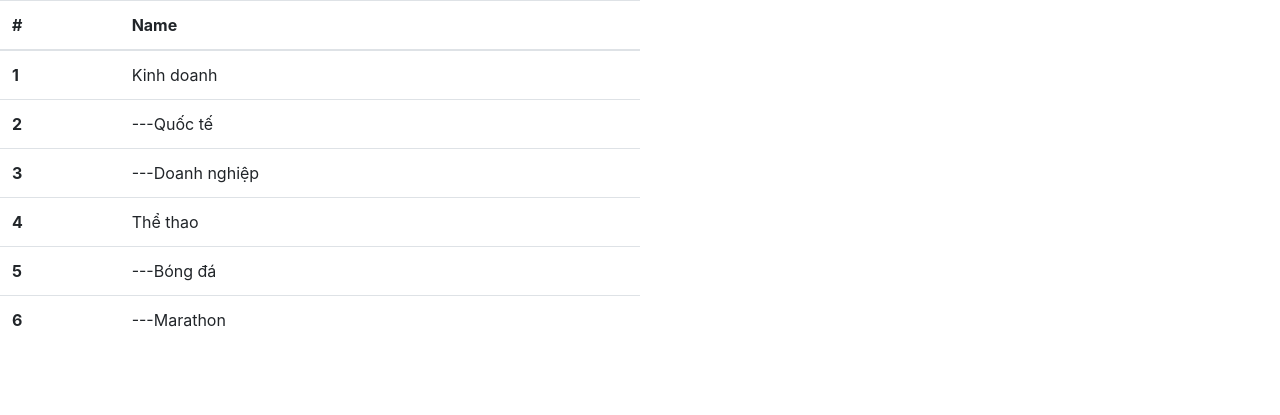
Repository: anhtu2110/backend
Page: http://localhost/backend/section-30_part_2/index.php
An editor plug-in stored every save of this project. The page is shown before and after the next save, followed by the edit.
The browser window is 1280 px wide. The pictures show the whole page.
The page is run by PHP 8.4 with error messages shown; the project is at /var/www/html/.

Above is the page before, as saved 2022-12-06 16:30:38.

### section-30_part_2/index.php
<?php
// --Danh mục tin tức
// --Danh mục sản phẩm
// --Menu
$data = array(
    1 => array(
        'id' => 1,
        'name' => 'Kinh doanh',
        'parent_id' => 0,
    ),
    2 => array(
        'id' => 2,
        'name' => 'Thể thao',
        'parent_id' => 0,
    ),
    3 => array(
        'id' => 3,
        'name' => 'Quốc tế',
        'parent_id' => 1,
    ),
    4 => array(
        'id' => 4,
        'name' => 'Doanh nghiệp',
        'parent_id' => 1,
    ),
    5 => array(
        'id' => 5,
        'name' => 'Bóng đá',
        'parent_id' => 2,
    ),
    6 => array(
        'id' => 6,
        'name' => 'Marathon',
        'parent_id' => 2,
    ),
);
// $result = array(
//     1 => array(
//         'id' => 1,
//         'name' => 'Kinh doanh',
//         'parent_id' => 0,
//     ),
//     3 => array(
//         'id' => 3,
//         'name' => 'Quốc tế',
//         'parent_id' => 1,
//     ),
//     4 => array(
//         'id' => 4,
//         'name' => 'Doanh nghiệp',
//         'parent_id' => 1,
//     ),
//     2 => array(
//         'id' => 2,
//         'name' => 'Thể thao',
//         'parent_id' => 0,
//     ),
//     5 => array(
//         'id' => 5,
//         'name' => 'Bóng đá',
//         'parent_id' => 2,
//     ),
//     6 => array(
//         'id' => 6,
//         'name' => 'Marathon',
//         'parent_id' => 2,
//     ),
// );
function has_child($data, $id)
{
    foreach ($data as $v) {
        if ($v['parent_id'] == $id) {
            return true;
        }
    }
    return false;
}
function data_tree($data, $parent_id = 0, $level = 0)
{
    $result = array();
    foreach ($data as $v) {
        if ($v['parent_id'] == $parent_id) {
            $v['level'] = $level;
            $result[] = $v;
            if (has_child($data, $v['id'])) {
                // ++$level;
                $result_child = data_tree($data, $v['id'], $level + 1);
                $result = array_merge($result, $result_child);
                // --$level;
            }
        }
    }
    return $result;
}
function show_array($data)
{
    if (is_array($data)) {
        echo "<pre>";
        print_r($data);
        echo "</pre>";
    }
}
// echo "<pre>";
// print_r(data_tree($data, 0));
// show_array(data_tree($data, 0));
$result = data_tree($data);
?>
<!DOCTYPE html>
<html lang="en">

<head>
    <meta charset="UTF-8">
    <meta http-equiv="X-UA-Compatible" content="IE=edge">
    <meta name="viewport" content="width=device-width, initial-scale=1.0">
    <link rel="stylesheet" href="https://cdn.jsdelivr.net/npm/bootstrap@4.6.2/dist/css/bootstrap.min.css" integrity="sha384-xOolHFLEh07PJGoPkLv1IbcEPTNtaed2xpHsD9ESMhqIYd0nLMwNLD69Npy4HI+N" crossorigin="anonymous">
    <title>Document</title>
</head>

<body>
    <table class="table w-50">
        <thead>
            <tr>
                <th scope="col">#</th>
                <th scope="col">Name</th>
            </tr>
        </thead>
        <tbody>
            <?php
            $i = 0;
            foreach ($result as $item) {
                ++$i;
            ?>
                <tr>
                    <th scope="row"><?php echo $i ?></th>
                    <td><?php echo str_repeat('---', $item['level']) . $item['name'] ?></td>
                </tr>
            <?php
            }
            ?>

        </tbody>
    </table>
</body>

</html>

After the next save:
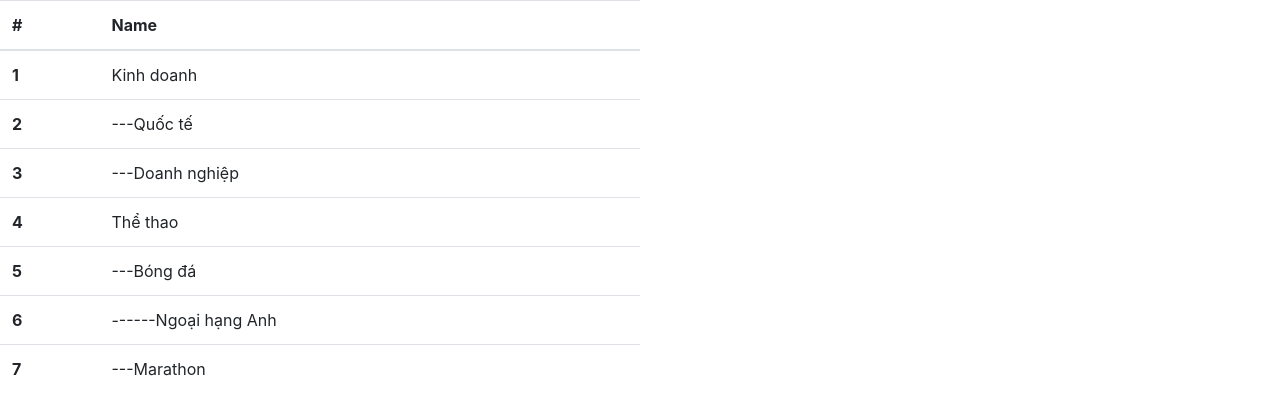
Saved 88 s later.
--- a/section-30_part_2/index.php
+++ b/section-30_part_2/index.php
@@ -32,6 +32,11 @@ $data = array(
         'id' => 6,
         'name' => 'Marathon',
         'parent_id' => 2,
+    ),
+    7 => array(
+        'id' => 7,
+        'name' => 'Ngoại hạng Anh',
+        'parent_id' => 5,
     ),
 );
 // $result = array(
